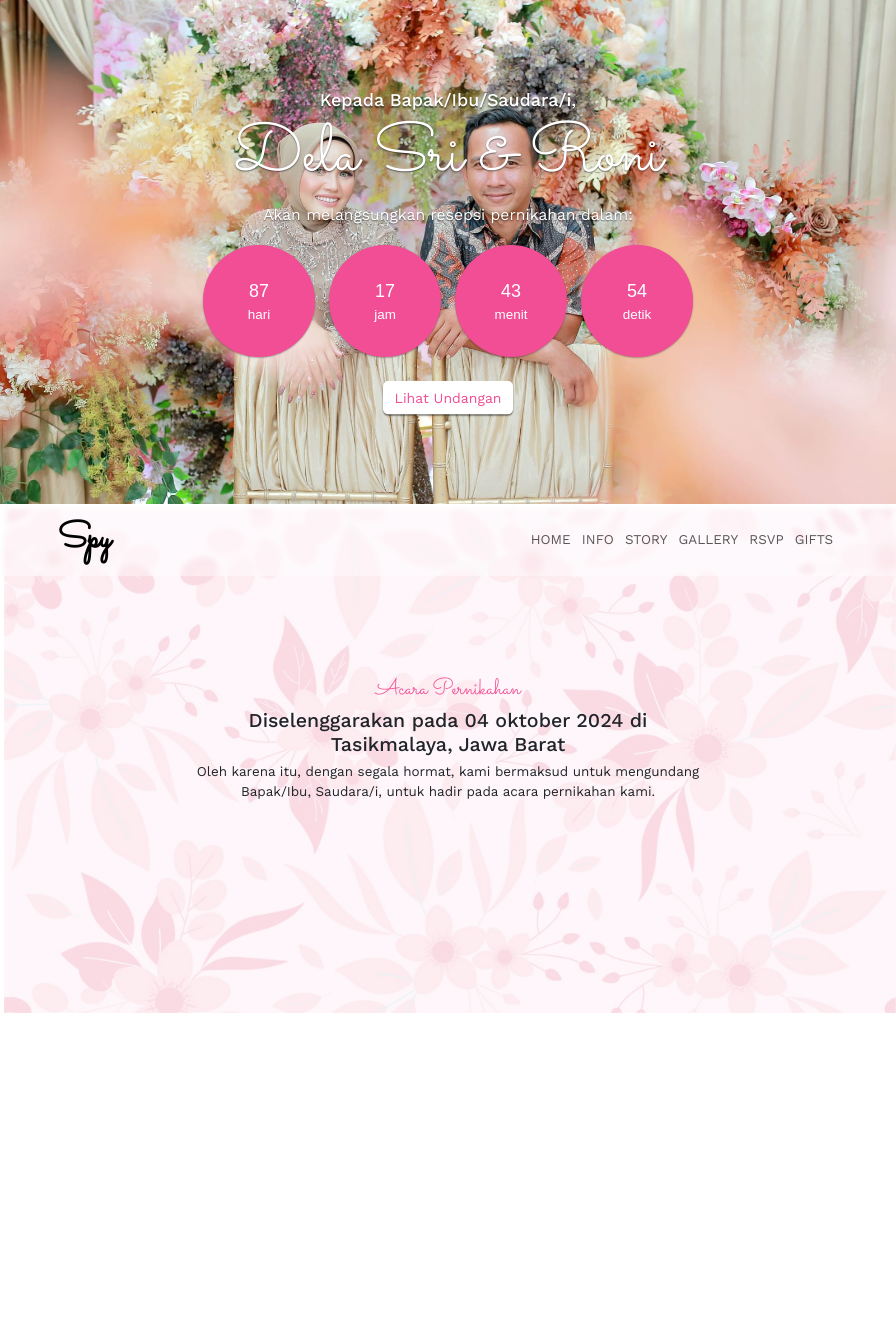
Repository: sellayspy/invitation
Page: index.html
An editor plug-in stored every save of this project. The page is shown before and after the next save, followed by the edit.
The browser window is 1280 px wide. The pictures show the part of the page from y = 0 to 1920 px (the page is 4000 px tall), at 70% of full size.

Above is the page before, as saved 2024-07-08 15:51:42.

### index.html
<!DOCTYPE html>
<html lang="en">
  <head>
    <meta charset="utf-8" />
    <meta name="viewport" content="width=device-width, initial-scale=1" />
    <title>Dela & Roni</title>
    <link
      href="https://cdn.jsdelivr.net/npm/bootstrap@5.3.3/dist/css/bootstrap.min.css"
      rel="stylesheet"
      integrity="sha384-QWTKZyjpPEjISv5WaRU9OFeRpok6YctnYmDr5pNlyT2bRjXh0JMhjY6hW+ALEwIH"
      crossorigin="anonymous"
    />
    <link rel="preconnect" href="https://fonts.googleapis.com" />
    <link rel="preconnect" href="https://fonts.gstatic.com" crossorigin />
    <link
      href="https://fonts.googleapis.com/css2?family=Sacramento&family=Work+Sans:ital,wght@0,100..900;1,100..900&display=swap"
      rel="stylesheet"
    />

    <!--Simple Coutdown-->
    <link rel="stylesheet" href="coutdown/simplyCountdown.theme.default.css" />
    <script src="coutdown/simplyCountdown.min.js"></script>

    <link rel="stylesheet" href="style.css" />
  </head>
  <body>
    <section
      id="hero"
      class="hero w-100 h-100 p-3 mx-auto text-center d-flex justify-content-center align-items-center text-white"
    >
      <main>
        <h4>Kepada Bapak/Ibu/Saudara/i,</h4>
        <h1>Dela Sri & Roni</h1>
        <p>Akan melangsungkan resepsi pernikahan dalam:</p>
        <div class="simply-countdown"></div>
        <a href="#undangan" class="btn btn-lg mt-4">Lihat Undangan</a>
      </main>
    </section>

    <nav class="navbar navbar-expand-md bg-transparent sticky-top mynavbar">
      <div class="container">
        <a class="navbar-brand" href="#">Spy</a>
        <button
          class="navbar-toggler border-0"
          type="button"
          data-bs-toggle="offcanvas"
          data-bs-target="#offcanvasNavbar"
          aria-controls="offcanvasNavbar"
          aria-label="Toggle navigation"
        >
          <span class="navbar-toggler-icon"></span>
        </button>
        <div
          class="offcanvas offcanvas-end"
          tabindex="-1"
          id="offcanvasNavbar"
          aria-labelledby="offcanvasNavbarLabel"
        >
          <div class="offcanvas-header">
            <h5 class="offcanvas-title" id="offcanvasNavbarLabel">Spy</h5>
            <button
              type="button"
              class="btn-close"
              data-bs-dismiss="offcanvas"
              aria-label="Close"
            ></button>
          </div>
          <div class="offcanvas-body">
            <div class="navbar-nav ms-auto">
              <a class="nav-link" href="#home">Home</a>
              <a class="nav-link" href="#info">Info</a>
              <a class="nav-link" href="#story">Story</a>
              <a class="nav-link" href="#gallery">Gallery</a>
              <a class="nav-link" href="#rsvp">RSVP</a>
              <a class="nav-link" href="#gift">Gifts</a>
            </div>
          </div>
        </div>
      </div>
    </nav>

    <section id="home" class="home">
      <div class="container">
        <div class="row justify-content-center">
          <div class="col-md-8 text-center">
            <h2>Acara Pernikahan</h2>
            <h3>
              Diselenggarakan pada 04 oktober 2024 di Tasikmalaya, Jawa Barat
            </h3>
            <p>
              Oleh karena itu, dengan segala hormat, kami bermaksud untuk
              mengundang Bapak/Ibu, Saudara/i, untuk hadir pada acara pernikahan
              kami.
            </p>
          </div>
        </div>
      </div>
    </section>

    <script
      src="https://cdn.jsdelivr.net/npm/bootstrap@5.3.3/dist/js/bootstrap.bundle.min.js"
      integrity="sha384-YvpcrYf0tY3lHB60NNkmXc5s9fDVZLESaAA55NDzOxhy9GkcIdslK1eN7N6jIeHz"
      crossorigin="anonymous"
    ></script>

    <script>
      simplyCountdown(".simply-countdown", {
        year: 2024, // required
        month: 10, // required
        day: 4, // required
        hours: 8, // Default is 0 [0-23] integer
        words: {
          //words displayed into the countdown
          days: { singular: "hari", plural: "hari" },
          hours: { singular: "jam", plural: "jam" },
          minutes: { singular: "menit", plural: "menit" },
          seconds: { singular: "detik", plural: "detik" },
        },
      });
    </script>
  </body>
</html>

### coutdown/simplyCountdown.theme.default.css
.simply-countdown {
  overflow: hidden;
  display: table;
  font-family: "Arial", sans-serif;
  margin: auto;
}
.simply-countdown > .simply-section {
  width: 50px;
  height: 50px;
  padding: 80px;
  display: flex;
  align-items: center;
  justify-content: center;
  float: left;
  margin: 10px;
  background: var(--pink);
  box-shadow: 0 1px 3px rgba(0, 0, 0, 0.12), 0 1px 2px rgba(0, 0, 0, 0.24);
  border-radius: 50%;
}
.simply-countdown > .simply-section .simply-amount,
.simply-countdown > .simply-section .simply-word {
  display: block;
  text-align: center;
}
.simply-countdown > .simply-section .simply-amount {
  font-size: 1.6rem;
}

### style.css
:root {
  --pink: #f14e95;

  --bg: #0a0a0a;

  --shadow: 0 2px 2px rgb(0 0 0/ 0.5);
}

body {
  font-size: 1.2rem;
  font-family: "Work Sans", sans-serif;
  min-height: 4000px;
}

.hero::before {
  content: "";
  position: absolute;
  top: 0;
  left: 0;
  height: 100%;
  width: 100%;
  background-image: url(img/gambar-1.jpg);
  background-size: cover;
  background-position: center;
  z-index: -1;
  filter: blur(1px);
}

.hero {
  position: relative;
  min-height: 100vh;
}

.hero h1,
.hero h4,
.hero p {
  text-shadow: var(--shadow);
}

.hero h1 {
  font-family: "Sacramento", cursive;
  font-size: 6rem;
}

.hero h4 {
  font-size: 1.6rem;
}

.hero p {
  font-size: 1.4rem;
}

.hero a {
  color: var(--pink);

  background-color: white;

  box-shadow: var(--shadow);
}

.hero a:hover {
  background-color: var(--pink);
  color: white;
}

.mynavbar {
  background-color: rgba(255, 255, 255, 0.4) !important;
  backdrop-filter: blur(4px);
}

.mynavbar .offcanvas {
  height: 100vh;
}

.mynavbar .navbar-brand,
.mynavbar .offcanvas-title {
  font-family: "Sacramento", cursive;
  font-size: 3.2rem;
  font-weight: bold;
}

.mynavbar .nav-link {
  text-transform: uppercase;
}

.home {
  background-image: url(img/Desain\ tanpa\ judul.png);
  background-size: cover;
  min-height: 100vh;
  margin-top: -6rem;
  padding-top: 15rem;
  padding-bottom: 5rem;
}

.home h2 {
  color: var(--pink);
  font-family: "Sacramento", cursive;
}

/* Media Query */

/* Laptop */
@media (max-width: 992px) {
  html {
    font-size: 75%;
  }
  .simply-countdown > .simply-section {
    padding: 70px;
  }
}

/* Tablet */
@media (max-width: 768px) {
  html {
    font-size: 65%;
  }
  .simply-countdown > .simply-section {
    padding: 60px;
    margin: 5px;
  }

  .mynavbar .nav-link {
    font-size: 2rem;
    text-align: center;
  }
}

/* mobile phone */
@media (max-width: 576px) {
  html {
    font-size: 55%;
  }
  .simply-countdown > .simply-section {
    padding: 45px;
    margin: 3px;
  }
}

Loaded but not shown: coutdown/simplyCountdown.min.js (library)

After the next save:
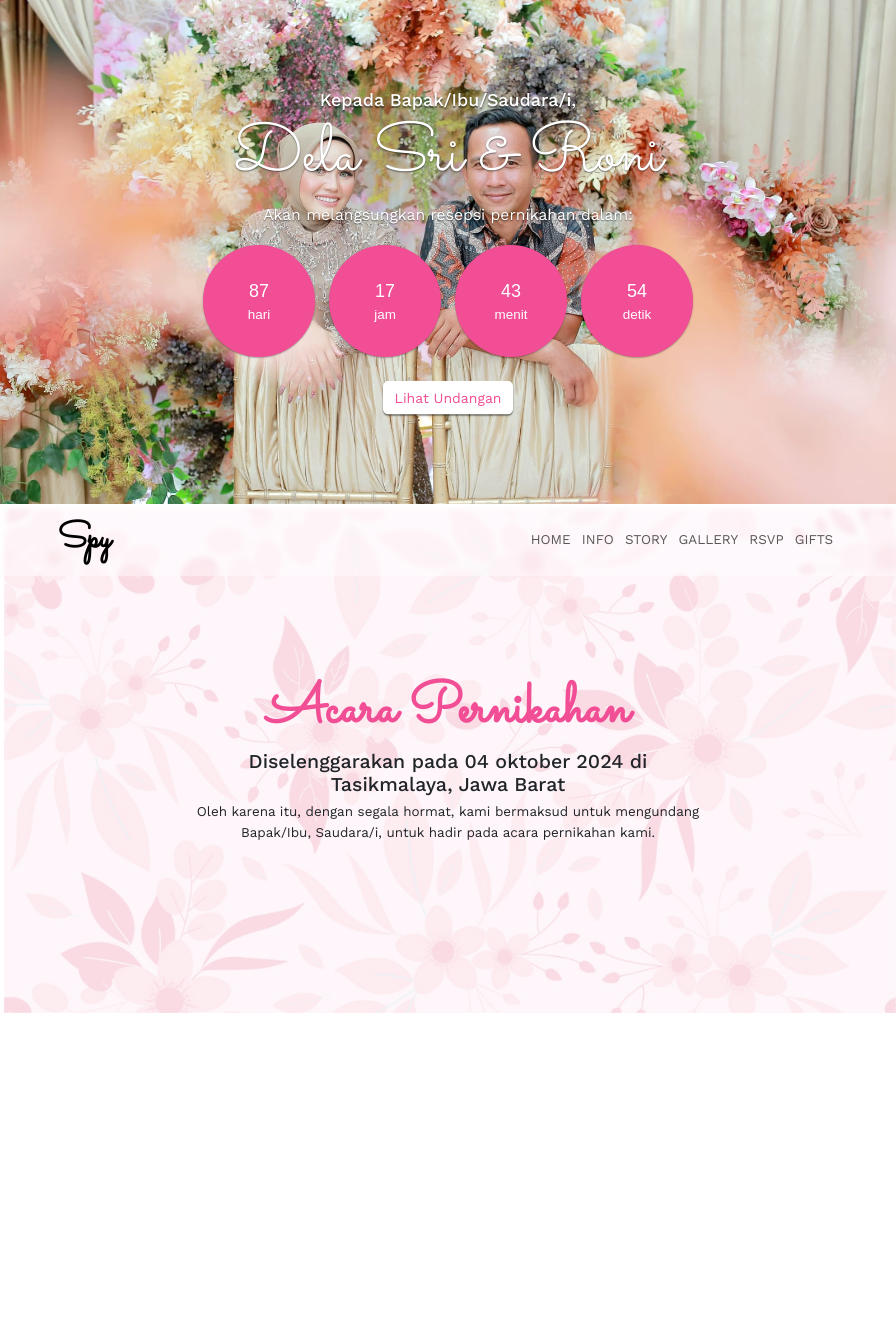
Saved 34 s later.
--- a/style.css
+++ b/style.css
@@ -95,6 +95,12 @@ body {
 .home h2 {
   color: var(--pink);
   font-family: "Sacramento", cursive;
+  font-size: 5rem;
+  font-weight: bold;
+}
+
+.home h3 {
+  color: #44;
 }
 
 /* Media Query */
